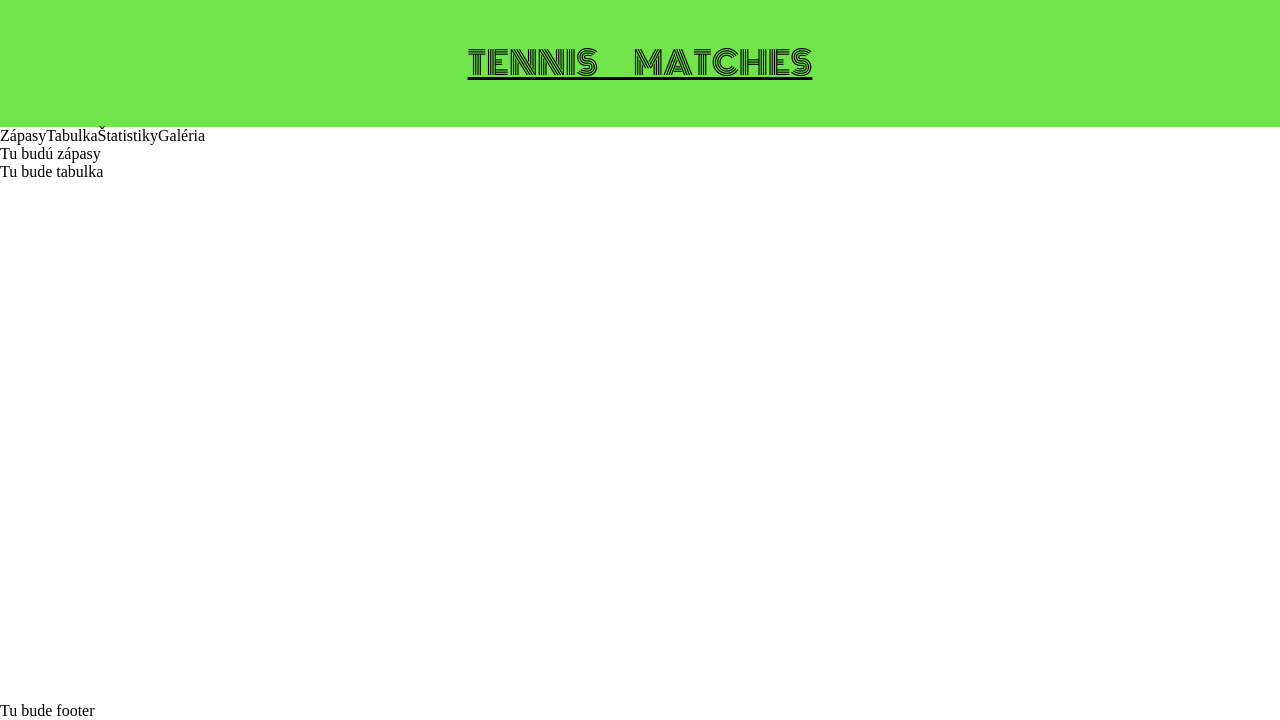
Repository: Badynko/tenis-app
Page: /
An editor plug-in stored every save of this project. The page is shown before and after the next save, followed by the edit.
The browser window is 1280 px wide. The pictures show the whole page.
The project was rebuilt for these pictures with package versions that can differ from the ones it lists, and the page was loaded fresh each time.

Above is the page before, as saved 2024-07-10 15:29:47.

### src/index.css
@import url("https://fonts.googleapis.com/css2?family=Monoton&family=Quicksand:wght@500;700&display=swap");

* {
  margin: 0;
  padding: 0;
  box-sizing: border-box;
}

.app {
  width: 100%;
  height: 100vh;
  display: grid;
  grid-template-rows: auto auto 1fr auto;
}

h1 {
  text-decoration: underline;
  word-spacing: 2rem;
  text-align: center;
  background-color: #70e44a;
  font-family: "Monoton";
  font-size: 2rem;
  text-transform: uppercase;
  font-weight: 400;
  padding: 2.4rem 0;
}

.menu {
}

li {
  display: inline-block;
  list-style-type: none;
  margin: 0;
  padding: 0;
}

### src/App.js
export default function App() {
  return (
    <div className="app">
      <Header />
      <Matches />
      <Table />
      <Stats />
    </div>
  );
}

function Header() {
  return (
    <div className="header">
      <h1>Tennis Matches</h1>
      <nav>
        <ul className="menu">
          <li>Zápasy</li>
          <li>Tabulka</li>
          <li>Štatistiky</li>
          <li>Galéria</li>
        </ul>
      </nav>
    </div>
  );
}

function Matches() {
  return (
    <div>
      <p>Tu budú zápasy</p>
    </div>
  );
}

function Table() {
  return (
    <div>
      <p>Tu bude tabulka</p>
    </div>
  );
}

function Stats() {
  return (
    <footer className="stats">
      <p>Tu bude footer</p>
    </footer>
  );
}

Loaded but not shown: public/index.html (common file); src/index.js (common file)

After the next save:
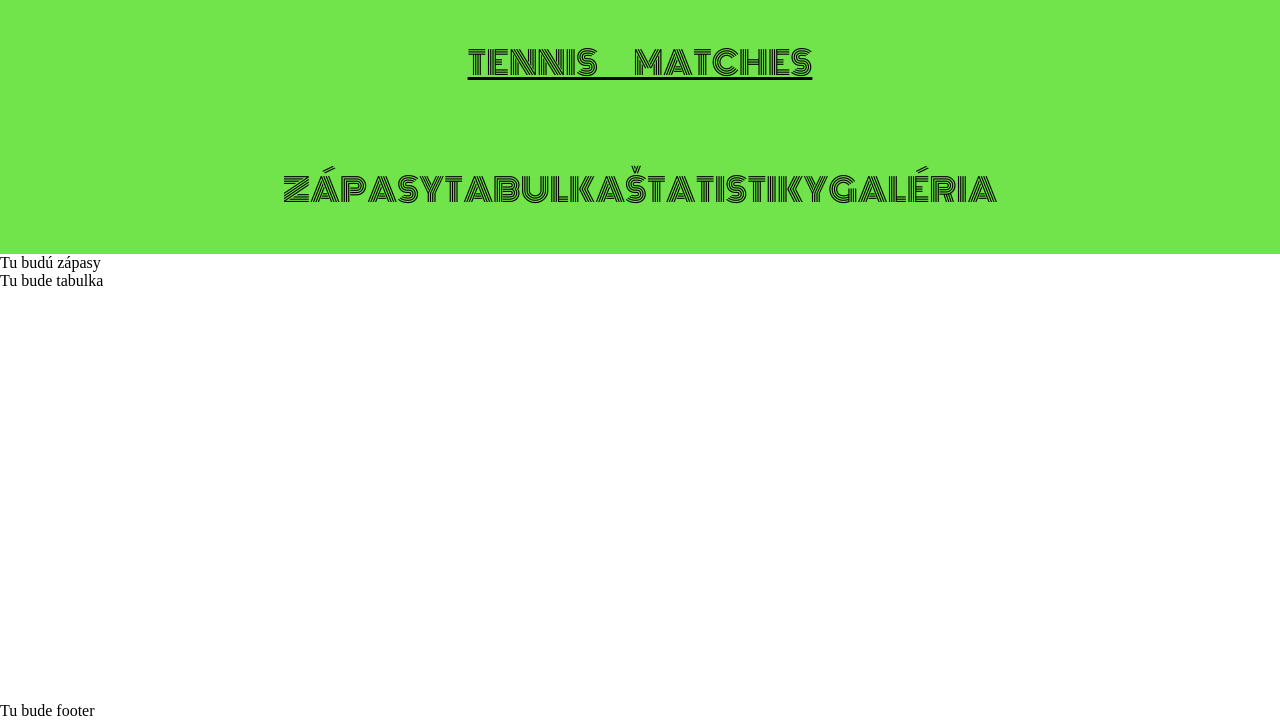
Saved 17 s later.
--- a/src/index.css
+++ b/src/index.css
@@ -13,7 +13,8 @@
   grid-template-rows: auto auto 1fr auto;
 }
 
-h1 {
+h1,
+.menu {
   text-decoration: underline;
   word-spacing: 2rem;
   text-align: center;
@@ -25,9 +26,6 @@ h1 {
   padding: 2.4rem 0;
 }
 
-.menu {
-}
-
 li {
   display: inline-block;
   list-style-type: none;
